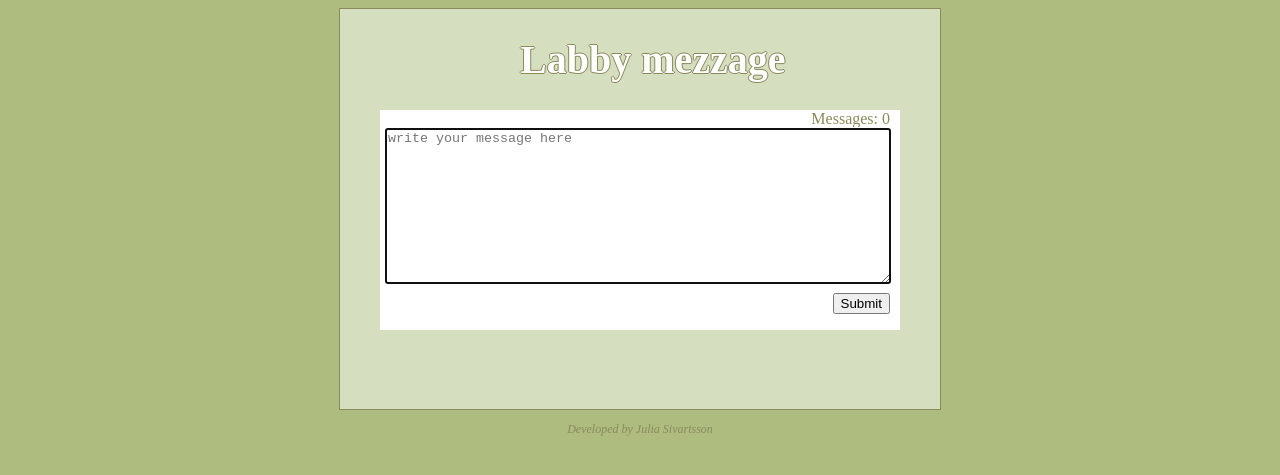
Repository: JuliaSivartsson/1dv403-jsigc09-laborationer
Page: 2-labbymezzage/index.html
The author's editor kept a record of every edit. The page is drawn from the files as they stood at one moment, then again after the next edit.
The browser window is 1280 px wide. The pictures show the whole page.

Above is the page before.

### 2-labbymezzage/index.html
<!DOCTYPE html>
<html lang="sv">
<head>
	<meta charset="UTF-8" />
    <link rel="stylesheet" type="text/css" href="css/style.css">
 	<title>Labby message</title>
</head>
    <body>
        <div id="content">
            <h1>Labby mezzage</h1>

            <div id="text">
                <div id="count" class="right"></div>
                <form action="post" name="form">
                    <textarea id="messagearea" name"messagearea" placeholder="write your message here"></textarea>
                    <input id="sendmessage" class="right" class="button" type="button" value="Submit">
                </form>
            </div>
            <div id="viewmessages">


            </div>
        </div>

    	  <script src="js/MessageBoard.js"></script>
    	  <script src="js/Message.js"></script>

    </body>
<footer>
    <p>Developed by Julia Sivartsson</p>
</footer>
</html>

### 2-labbymezzage/css/style.css
body{
    background-color: #AEBC80;
       font-family: serif;
       color: #8A8A5C;
}

h1{
   color: #fff;
   margin-left: 180px;
   font-size: 40px;
    text-shadow: -1px 0 #8A8A5C, 0 1px #8A8A5C, 1px 0 #8A8A5C, 0 -1px #8A8A5C;
}

#content{
    width: 600px;
    height: 400px;
    margin: 0 auto;
    border: 1px solid #8A8A5C;
    background-color: #D6DEC0;

}

#text{
    width: 520px;
    height: 220px;
    background-color: #fff;
    margin: 10px 20px 0 40px;
}

#text p{
    font-size: 15px;
    margin: 0 30px;
    padding-top: 10px;
}

#viewmessages{
    background-color: #D6DEC0;
    padding-left: 10px;
}

textarea{
    margin: 0 5px 5px;
    width: 500px;
    height: 150px;
}

footer{
    width: 500px;
    height: 30px;
    margin: 0 auto;
}

footer p{
    font-size: 12px;
    font-style: italic;
    text-align: center;
}

.right{
    float: right;
    margin-right: 10px;
}

.button{
    float: right;
}

span{
    font-size: 10px;
}

### 2-labbymezzage/js/MessageBoard.js
"use strict";

var MessageBoard = {

    messages: [],

    init: function(){
        var textMessage;
        var sendMessage;

        MessageBoard.count();

        //Referens till textmeddelandet
        textMessage = document.getElementById("messagearea");


        textMessage.focus();

        //Referens till submit-knappen
        sendMessage = document.getElementById("sendmessage");


        //FUNGERAR ICKE
        textMessage.addEventListener("keypress", function(e){
            if(!e){
                e = window.event;
            }

            if(e.keyCode == 13){
                console.log("enter pressed");
                e.preventDefault();
                MessageBoard.createMessage();
            }
            else if(e.shiftKey === true && e.keyCode == 13){
                MessageBoard.innerHTML = MessageBoard.innerHTML + "<br>";
                return false;
            }
        });

        sendMessage.addEventListener("click", MessageBoard.createMessage);
    },

    createMessage: function(){
        //Skapa nytt meddelande
        var text;
        var newMessage;

        text = document.getElementById("messagearea").value;

        //Är fältet tomt så händer ingenting
        if(text === ""){
            return false;
        }

        newMessage = new Message(text, new Date());

        MessageBoard.messages.push(newMessage);
        MessageBoard.renderMessages();

        text = "";
    },

    renderMessage: function(messageID){
        //Skriv ut ETT meddelande
        var viewmessages;
        var imgClock;
        var aClock;
        var imgRemove;
        var aRemove;
        var messageText;
        var spanTime;
        var time;
        var hr;

        MessageBoard.count();
        viewmessages = document.getElementById("viewmessages");

    //Tidknapp
        imgClock = document.createElement("img");
        imgClock.setAttribute("src", "img/clock.png");
        imgClock.setAttribute("alt", "Time");

        aClock = document.createElement("a");
        aClock.setAttribute("href", "#");
        aClock.setAttribute("class", "right");
        aClock.appendChild(imgClock);

        aClock.addEventListener("click", function(){
            alert(MessageBoard.messages[messageID].getDateText());
        });

    //Ta bort knapp
        imgRemove = document.createElement("img");
        imgRemove.setAttribute("src", "img/remove.png");
        imgRemove.setAttribute("alt", "delete");

        aRemove = document.createElement("a");
        aRemove.setAttribute("href", "#");
        aRemove.setAttribute("class", "right");
        aRemove.appendChild(imgRemove);

        aRemove.addEventListener("click",function(){
            if(confirm("Are you sure you want to delete this message?")){
                MessageBoard.deleteMessage(messageID);
            }
            else{

            }
        });

    //Meddelandetext
        messageText = document.createElement("p");
        //messageText.setAttribute("class", "left");
        messageText.innerHTML = MessageBoard.messages[messageID].getHTMLText();
        var tid = new Date();
        var ourtime  = tid.toLocaleTimeString();
        console.log(tid);
        console.log(ourtime);

    //Tidsstämpel
        spanTime = document.createElement("span");
        time = tid.toLocaleTimeString();
        spanTime.innerHTML = time;

    //HR-tagg
        hr = document.createElement("hr");

        viewmessages.appendChild(aClock);
        viewmessages.appendChild(aRemove);
        viewmessages.appendChild(messageText);
        viewmessages.appendChild(spanTime);
        viewmessages.appendChild(hr);

    },

    renderMessages: function(){
        //Skriv ut ALLA meddelanden

        document.getElementById("viewmessages").innerHTML = "";
        for(var i = 0; i <= MessageBoard.messages.length; i++){
            MessageBoard.renderMessage(i);
        };

        //Rensar från tidigare utskrifter
        document.form.messagearea.value = "";
    },

    deleteMessage: function(messageID){
        //Radera meddelande
        MessageBoard.messages.splice(messageID, 1);
        MessageBoard.count();
        MessageBoard.renderMessages();
        //console.log("Deleted message " + messageID.innerHTML);
    },

    count: function(){
        //Räknar antal meddelande

        var count = document.getElementById("count");
        count.innerHTML = "Messages: " + MessageBoard.messages.length;
    },

};
window.onload = MessageBoard.init;

### 2-labbymezzage/js/Message.js
"use strict";

function Message(message, date){

    this.getText = function(){
        return message;
    }

    this.setText = function(_text){
        message = _text;
    }

    this.getDate = function(){
        return date;
    }

    this.setDate = function(_date){
        date = _date;
    }

}

Message.prototype.toString = function(){
    return this.getText() + " ("+this.getDate()+")";
}

Message.prototype.getHTMLText = function(){
    return this.getText().replace(/[\n]/g, "<br />");
}

Message.prototype.getDateText = function(){
	var i = this.getDate().getMonth();
	var months = ["january", "february", "march", "april", "may", "june", "july", "august", "september", "october", "november", "december"];

	return	"Created "+this.getDate().getDate()+" " +months[i]+" "+this.getDate().getFullYear()+" at "+this.getDate().toLocaleTimeString();
}

After the next edit:
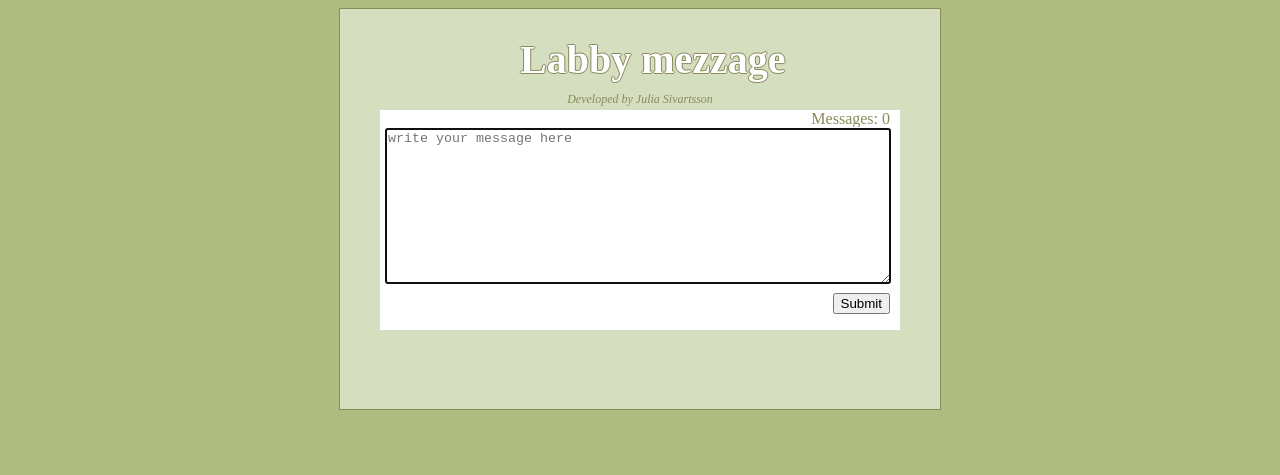
The edit:
--- a/2-labbymezzage/css/style.css
+++ b/2-labbymezzage/css/style.css
@@ -45,6 +45,8 @@
 }
 
 footer{
+    position: relative;
+    top: -330px;
     width: 500px;
     height: 30px;
     margin: 0 auto;
